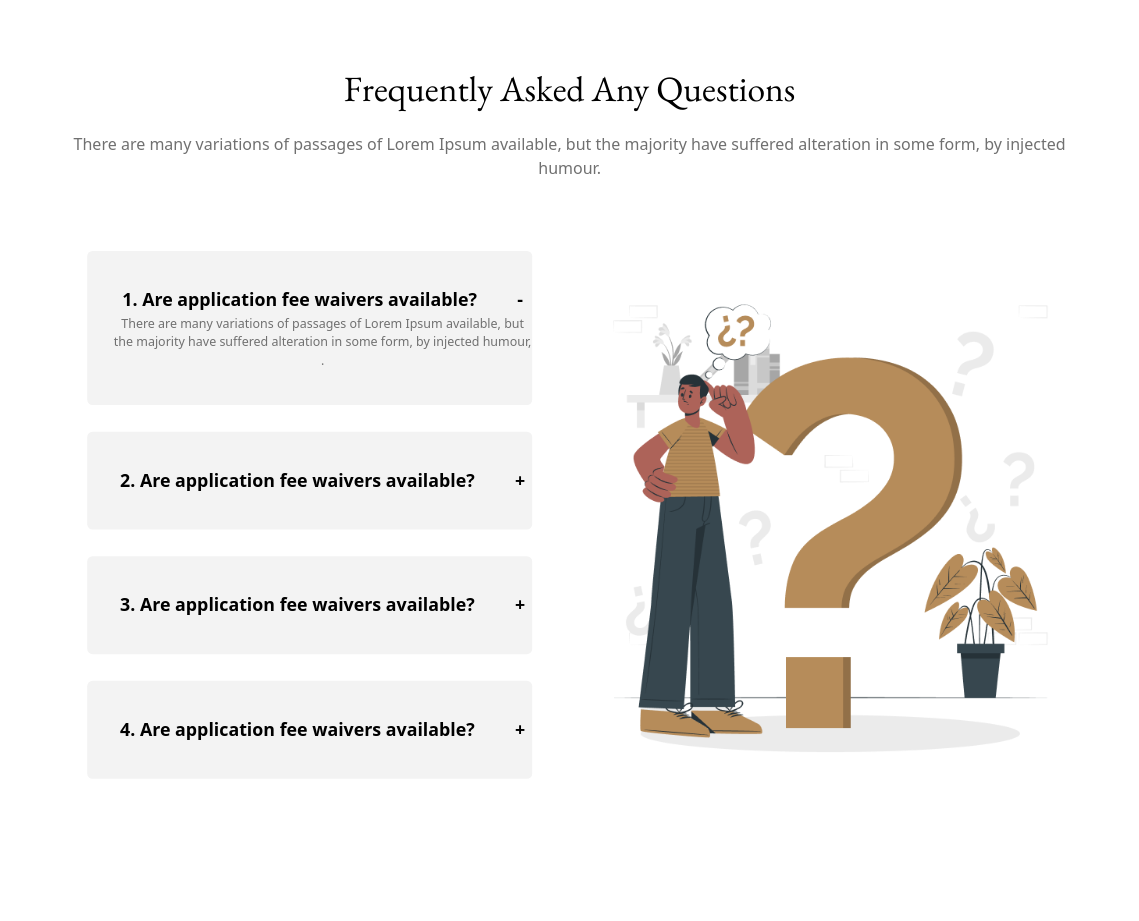
Repository: nahid-hasann/website-6
Page: index.html
An editor plug-in stored every save of this project. The page is shown before and after a run of saves, followed by the edit.
The browser window is 1280 px wide. The pictures show the whole page, at 89% of full size.

Above is the page before, as saved 2025-07-22 11:29:43.

After the next 2 saves:
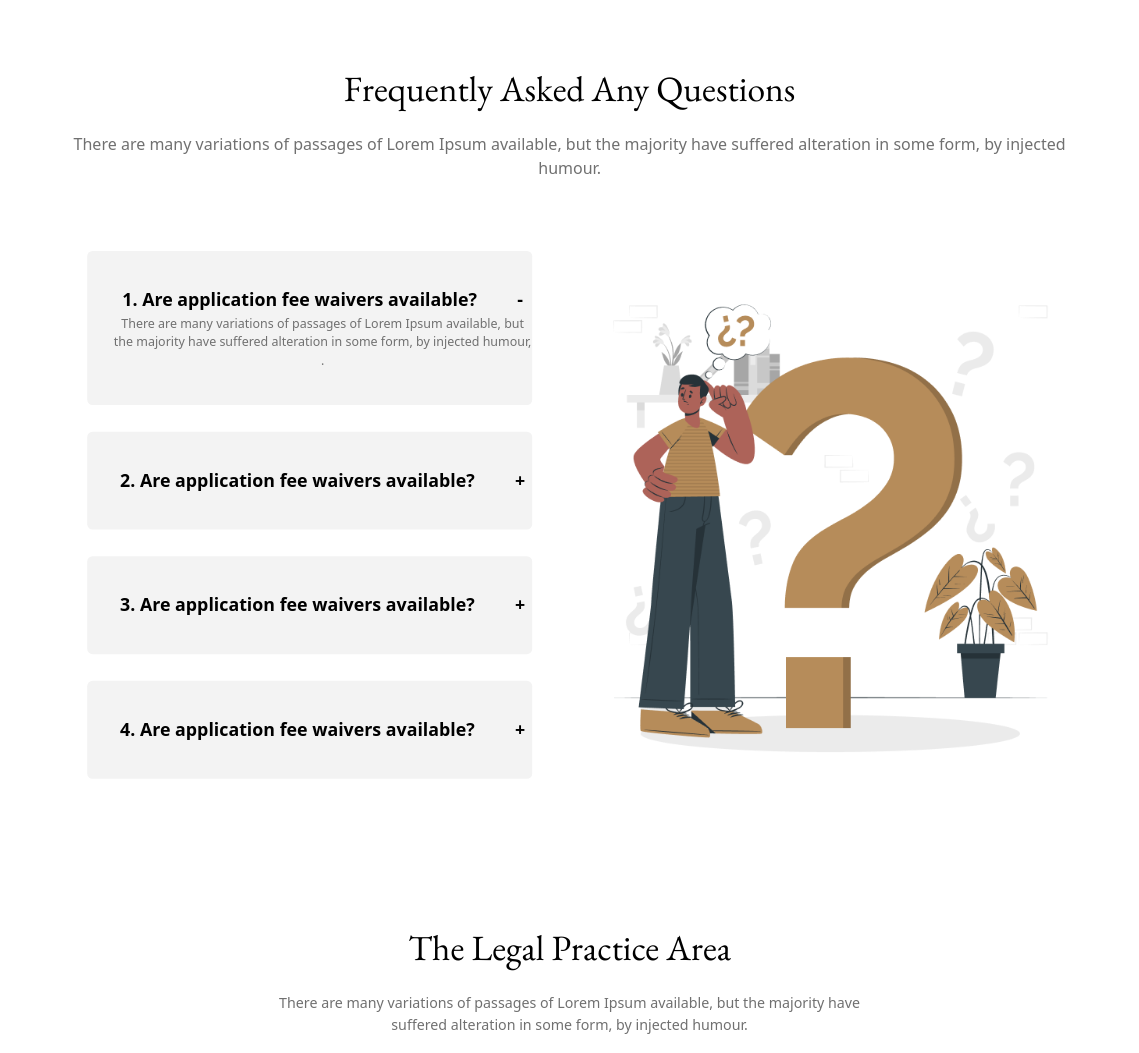
The 2 saves are shown as one change because they came seconds apart.
The last was saved 37 s later.
--- a/index.html
+++ b/index.html
@@ -125,6 +125,11 @@
     </section>
 
 
+    <section>
+         <h1 class="eb-garamond-ok text-[40px] text-center ">The Legal Practice Area</h1>
+            <p class="text-center text-[#707070] my-[20px]">There are many variations of passages of Lorem Ipsum available, but the majority have <br> suffered alteration in some form, by injected humour.</p>
+    </section>
+
 </main>
 
 
